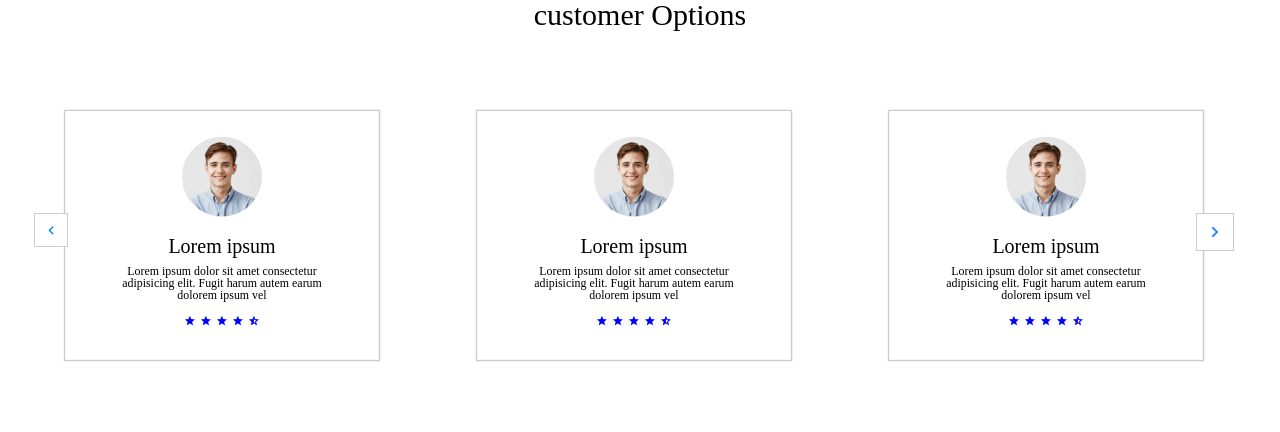
Repository: dinhhaidh/slider-3
Page: index.html
The author's editor kept a copy of each file at every save. The page is drawn from the files as they stood at one save, then again after the next save.
The browser window is 1280 px wide. The pictures show the whole page.

Above is the page before, as saved 2024-03-22 21:43:52.

After the next save:
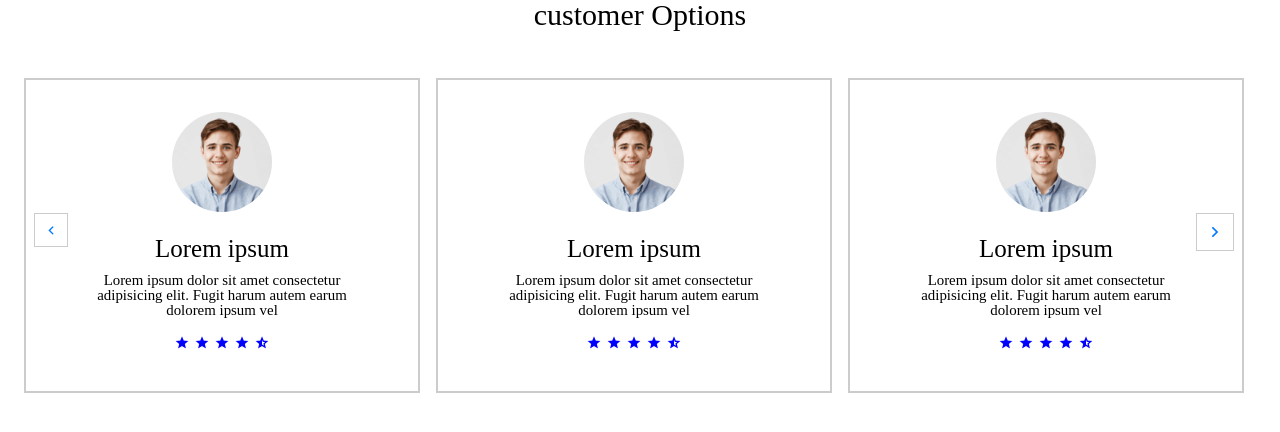
Saved 10 s later.
--- a/css/style.css
+++ b/css/style.css
@@ -54,18 +54,7 @@ body {
     border: 2px solid #ccc;
     transition: border .4s, background-color .4s;
   }
-  .customer__card{
-    scale: .8;
-  transition: all .3s;
 
-}
-.swiper-slider-active .customer__card{
-  scale: 1;
-}
-.customer.swiper-slide-active,
-.customer .swiper-slide-duplicate-active{
-    scale: 1;
-}
 /*  */
 .customer__img{
     width: 100px;
